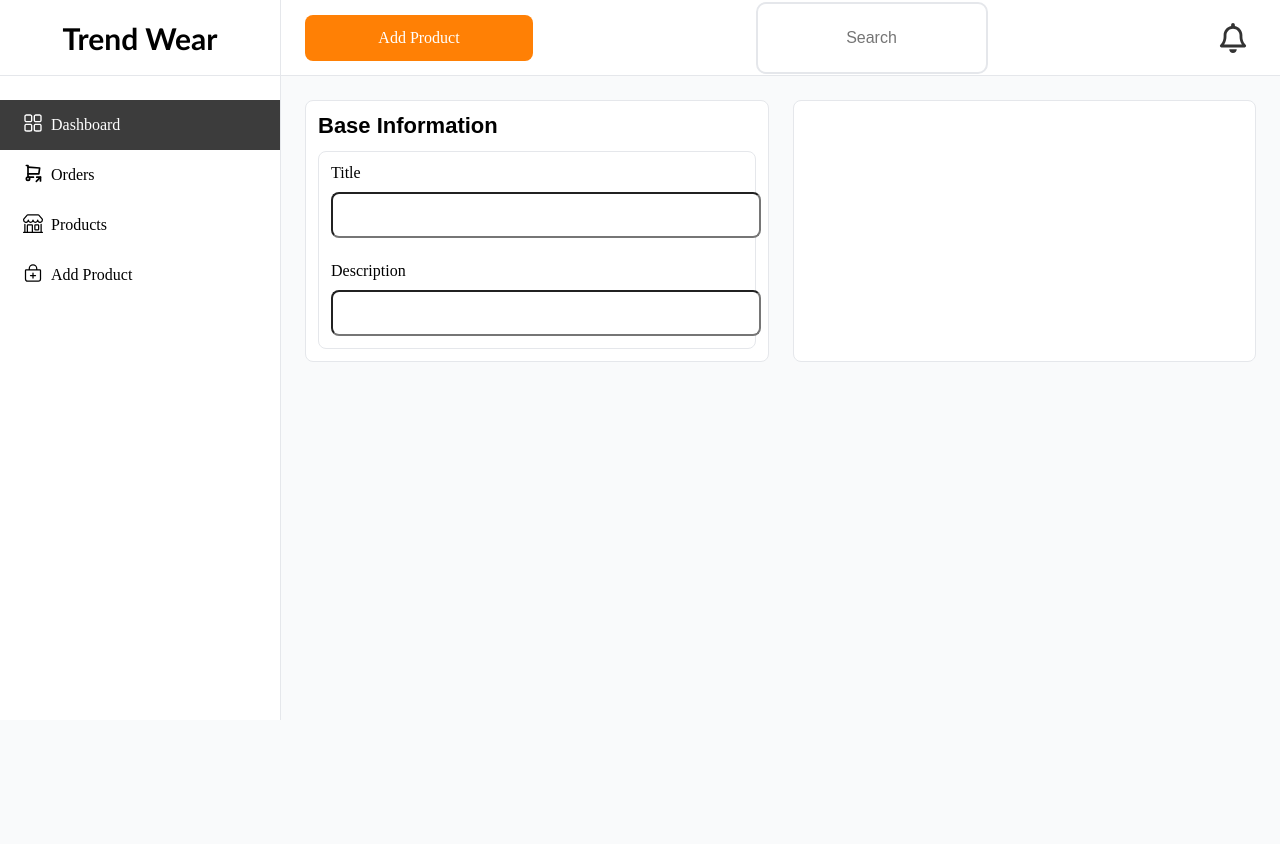
Repository: ahmad-dev7/TrendWear
Page: / (app in trend_wear_dashboard/)
An editor plug-in stored every save of this project. The page is shown before and after the next save, followed by the edit.
The browser window is 1280 px wide. The pictures show the whole page.
The project was rebuilt for these pictures with package versions that can differ from the ones it lists, and the page was loaded fresh each time. Also part of the build but not shown: trend_wear_dashboard/vite.config.ts.

Above is the page before, as saved 2025-01-20 02:33:56.

After the next save:
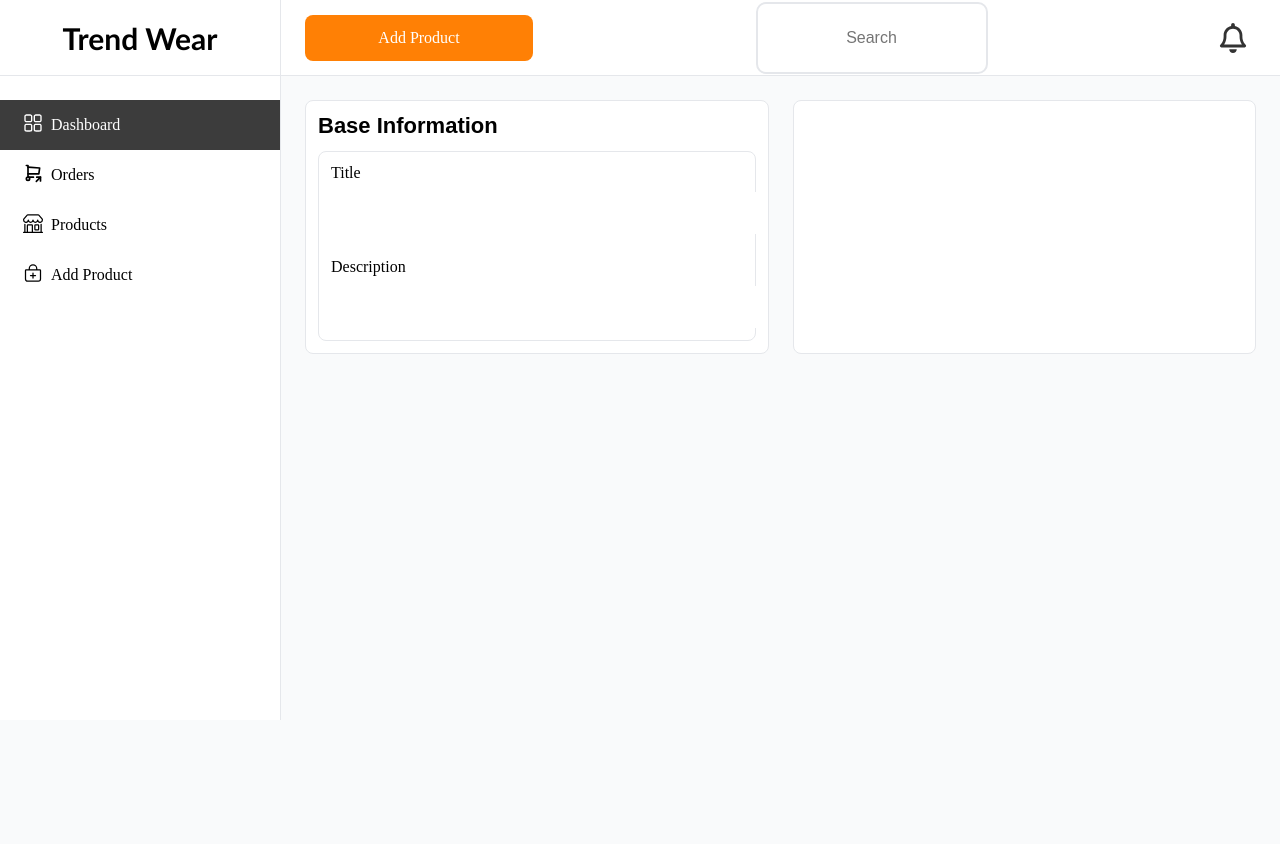
Saved 20 s later.
--- a/trend_wear_dashboard/src/Components/AddProduct/ProductDetails.css
+++ b/trend_wear_dashboard/src/Components/AddProduct/ProductDetails.css
@@ -31,7 +31,7 @@ input {
     height: 40px;
     padding-left: 12px;
     font-size: 24px;
-    border-radius: 8px;
+    border: none;
     outline: none;
 }
 
